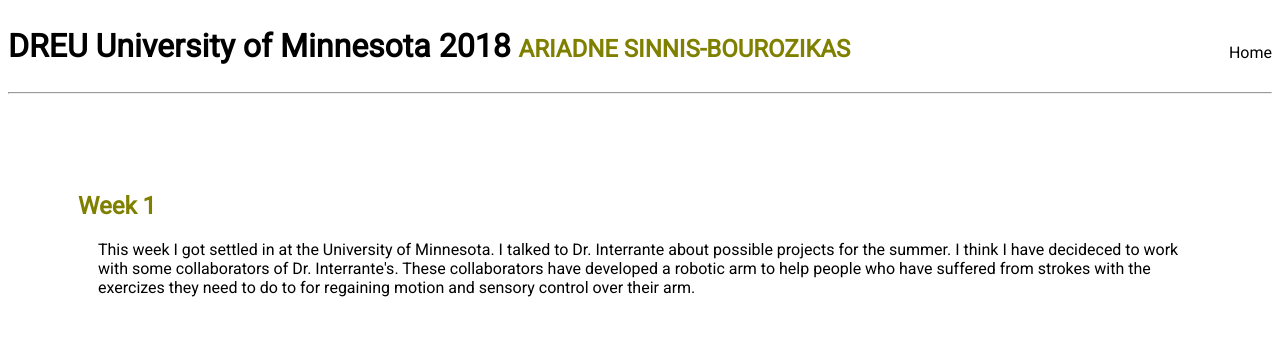
Repository: ariadnesb/dreu2018
Page: journal.html
The author's editor kept a record of every edit. The page is drawn from the files as they stood at one moment, then again after the next edit.
The browser window is 1280 px wide. The pictures show the whole page.

Above is the page before.

After the next edit:
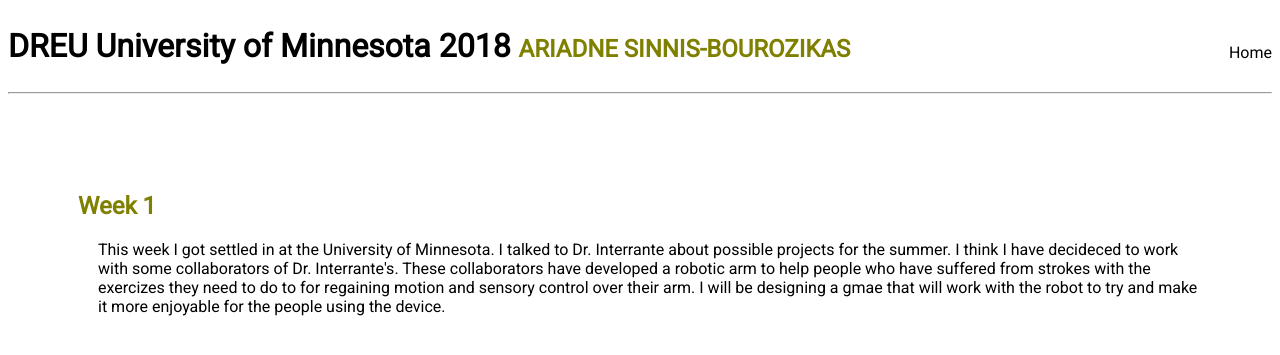
The edit:
--- a/journal.html
+++ b/journal.html
@@ -31,7 +31,8 @@
             decideced to work with some collaborators of Dr. Interrante's. These collaborators
             have developed a robotic arm to help people who have suffered from strokes with
             the exercizes they need to do to for regaining motion and sensory control
-            over their arm.
+            over their arm. I will be designing a gmae that will work with the robot
+            to try and make it more enjoyable for the people using the device.
 
         </p>
     </div>
